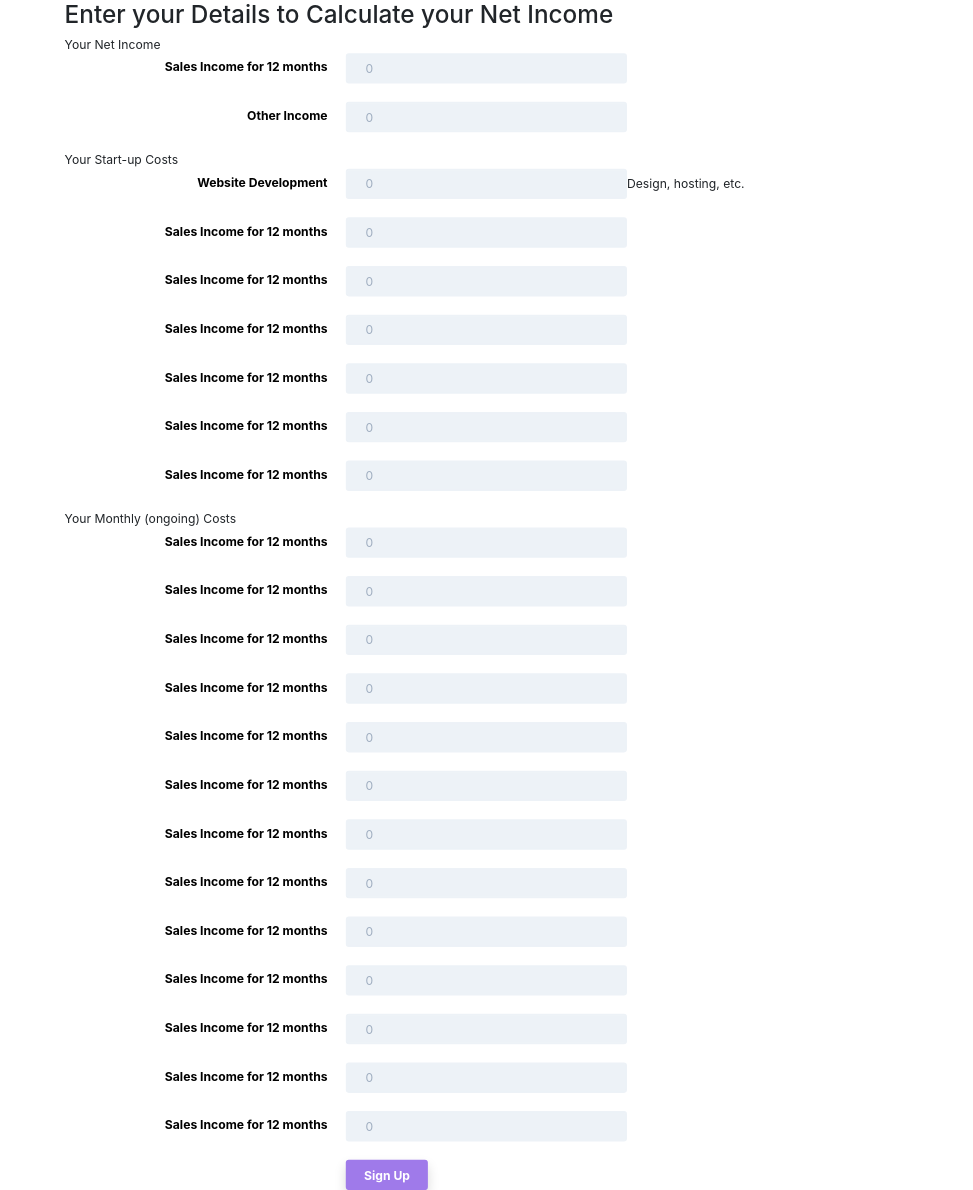
Repository: latenightsnacc/Financial-Forecast
Page: financial-forecast.html
These files come from the project's save history. The page is drawn as it stood at one moment and after the next save; the edit follows.
The browser window is 1280 px wide. The pictures show the whole page, at 76% of full size.

Above is the page before, as saved 2020-11-15 13:16:29.

After the next save:
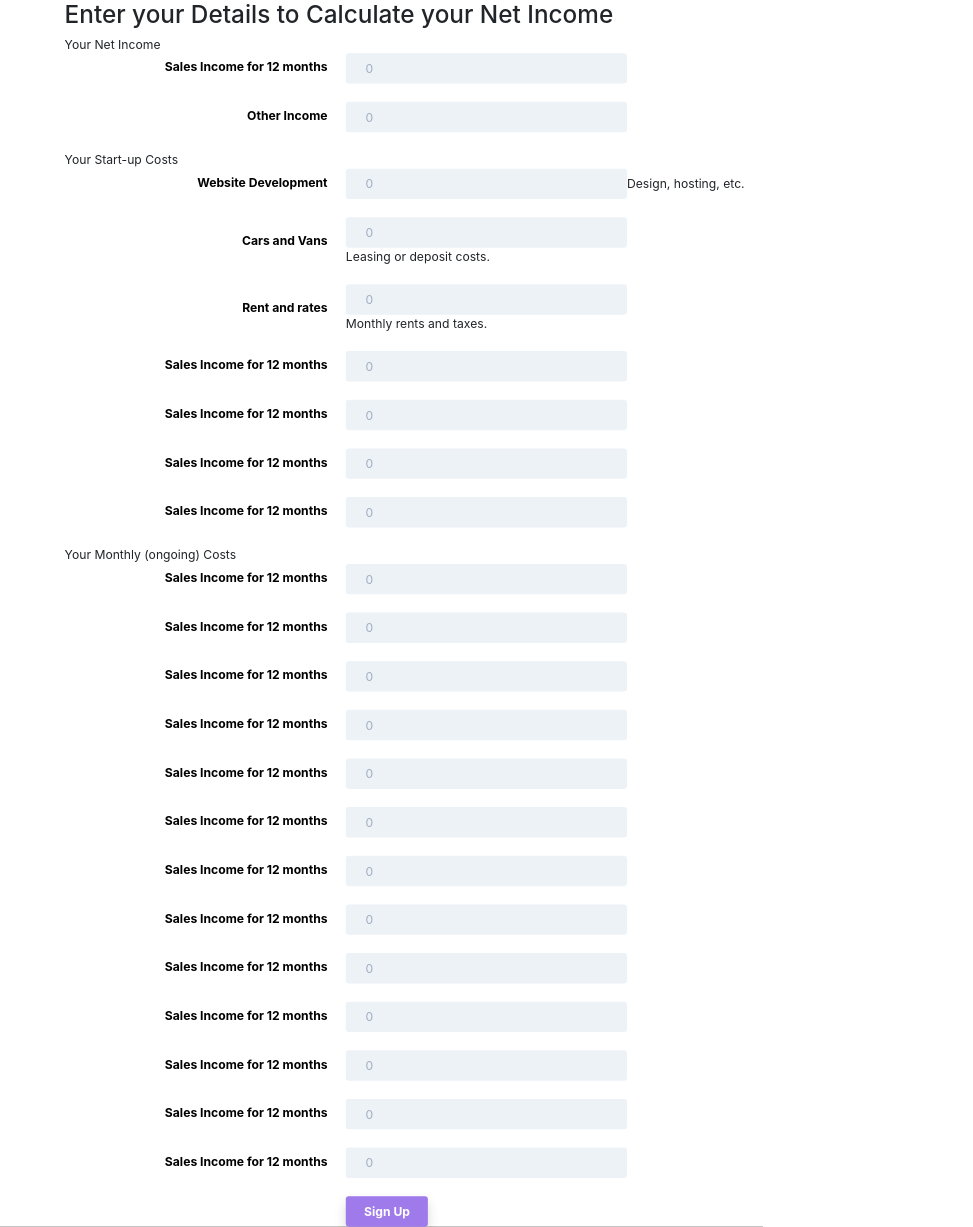
Saved 3 min 26 s later.
--- a/financial-forecast.html
+++ b/financial-forecast.html
@@ -65,22 +65,24 @@
                 <div class="md:flex md:items-center mb-6">
                     <div class="md:w-1/3">
                         <label class="block text-black font-bold md:text-right mb-1 md:mb-0 pr-4" for="inline-full-name" placeholder="0">
-                            Sales Income for 12 months
-                        </label>
-                    </div>
-                    <div class="md:w-1/3">
-                        <input class="bg-gray-200 appearance-none border-2 border-gray-200 rounded w-full py-2 px-4 text-gray-700 leading-tight focus:outline-none focus:bg-white focus:border-grey-500" id="inline-full-name" type="text" placeholder="0">
-                    </div>
-                </div>
-                <!--Website Development-->
-                <div class="md:flex md:items-center mb-6">
-                    <div class="md:w-1/3">
-                        <label class="block text-black font-bold md:text-right mb-1 md:mb-0 pr-4" for="inline-full-name" placeholder="0">
-                            Sales Income for 12 months
-                        </label>
-                    </div>
-                    <div class="md:w-1/3">
-                        <input class="bg-gray-200 appearance-none border-2 border-gray-200 rounded w-full py-2 px-4 text-gray-700 leading-tight focus:outline-none focus:bg-white focus:border-grey-500" id="inline-full-name" type="text" placeholder="0">
+                            Cars and Vans
+                        </label>
+                    </div>
+                    <div class="md:w-1/3">
+                        <input class="bg-gray-200 appearance-none border-2 border-gray-200 rounded w-full py-2 px-4 text-gray-700 leading-tight focus:outline-none focus:bg-white focus:border-grey-500" id="inline-full-name" type="text" placeholder="0">
+                        <span class="eg">Leasing or deposit costs.</span>
+                    </div>
+                </div>
+                <!--Website Development-->
+                <div class="md:flex md:items-center mb-6">
+                    <div class="md:w-1/3">
+                        <label class="block text-black font-bold md:text-right mb-1 md:mb-0 pr-4" for="inline-full-name" placeholder="0">
+                            Rent and rates
+                        </label>
+                    </div>
+                    <div class="md:w-1/3">
+                        <input class="bg-gray-200 appearance-none border-2 border-gray-200 rounded w-full py-2 px-4 text-gray-700 leading-tight focus:outline-none focus:bg-white focus:border-grey-500" id="inline-full-name" type="text" placeholder="0">
+                        <span class="eg">Monthly rents and taxes.</span>
                     </div>
 
                 </div>
